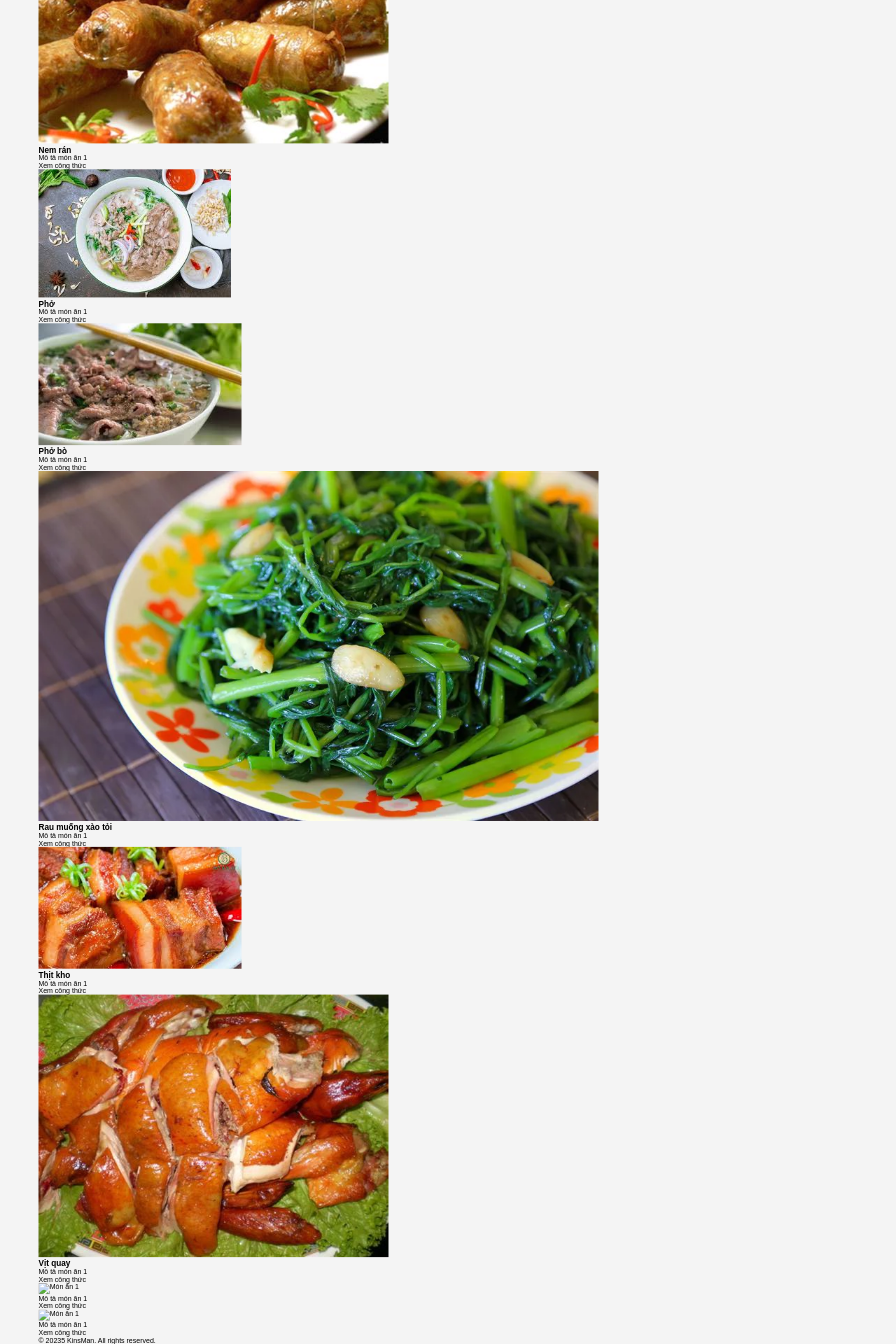
Repository: hoang28092000/how-food
Page: index.html
These files come from the project's save history. The page is drawn as it stood at one moment and after the next save; the edit follows.
The browser window is 1280 px wide. The pictures show the part of the page from y = 3497 to 5417 px (the page is 5417 px tall before and 5341 px after), at 70% of full size.

Above is the page before, as saved 2025-04-14 23:58:03.

After the next save:
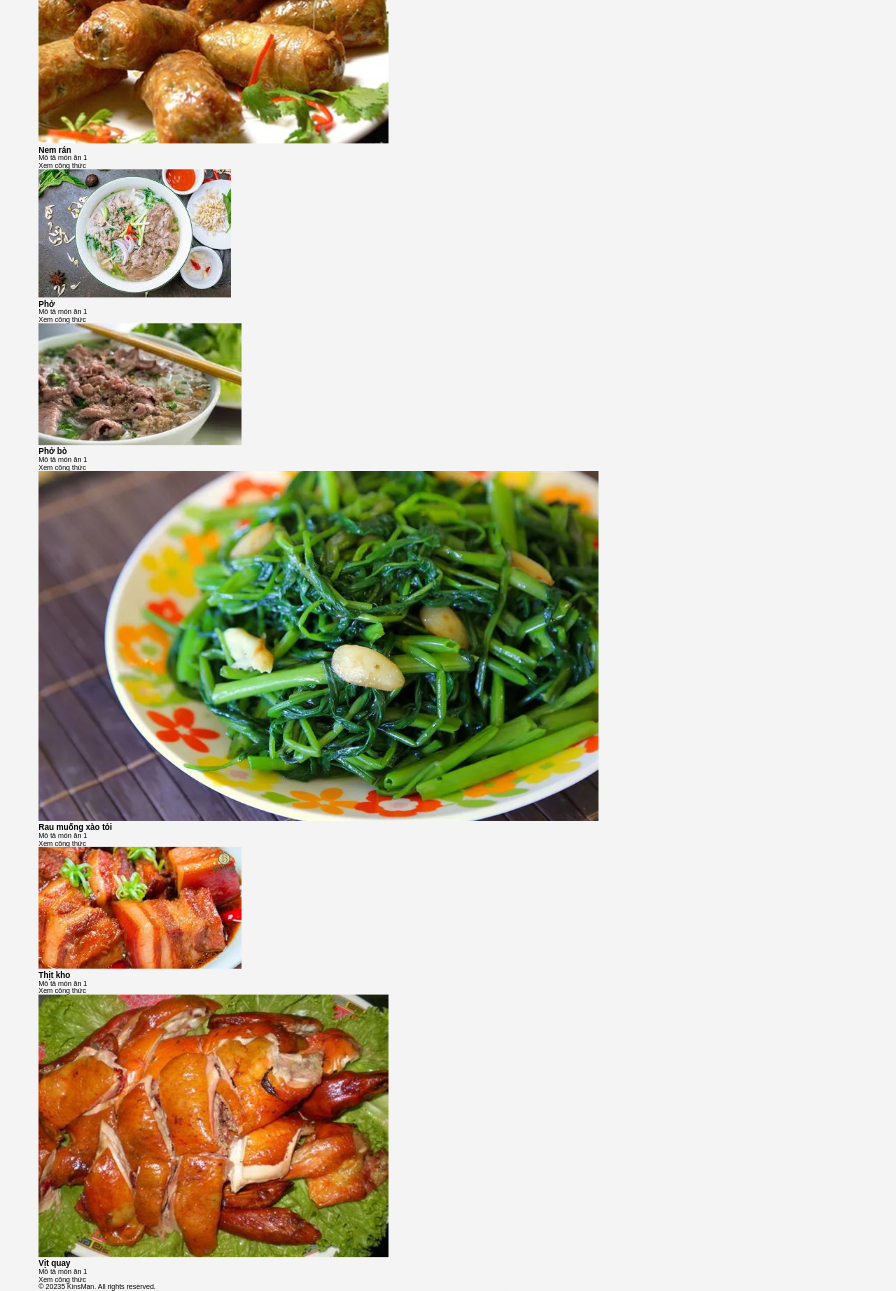
Saved 9 s later.
--- a/index.html
+++ b/index.html
@@ -120,22 +120,6 @@
                         <a class="btn-card">Xem công thức</a>
                     </div>
                 </div>
-                <div class="food-item">
-                    <img src="" alt="Món ăn 1" class="food-image">
-                    <div class="info-card">
-                        <h3 class="food-name"></h3>
-                        <p class="food-description">Mô tả món ăn 1</p>
-                        <a class="btn-card">Xem công thức</a>
-                    </div>
-                </div>
-                <div class="food-item">
-                    <img src="" alt="Món ăn 1" class="food-image">
-                    <div class="info-card">
-                        <h3 class="food-name"></h3>
-                        <p class="food-description">Mô tả món ăn 1</p>
-                        <a class="btn-card">Xem công thức</a>
-                    </div>
-                </div>
             </div>
         </div>
     </main>
